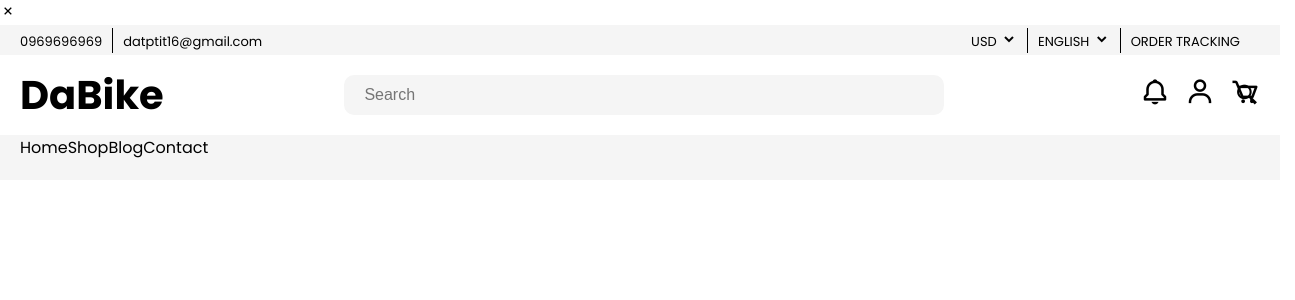
Repository: Datt21/DacMaxx
Page: index.html
The author's editor kept a copy of each file at every save. The page is drawn from the files as they stood at one save, then again after the next save.
The browser window is 1280 px wide. The page is 1295 px wide, so the pictures cover 1295 px, including what lies to the right of the window. The pictures show the whole page.

Above is the page before, as saved 2021-07-05 01:21:36.

After the next save:
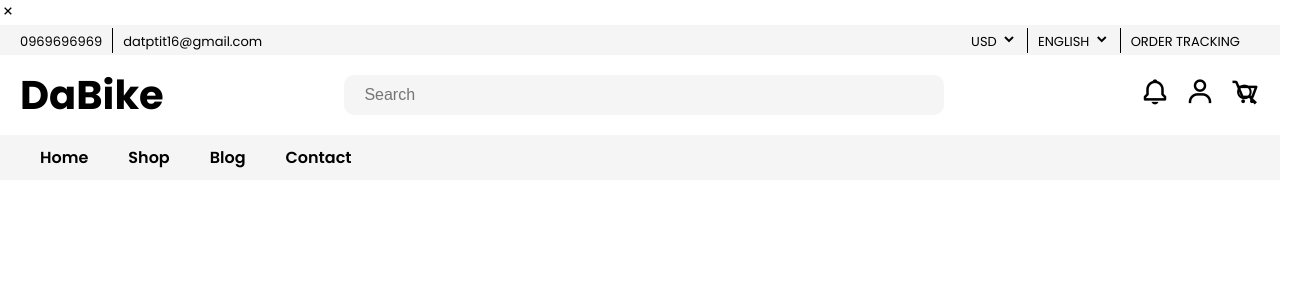
Saved 103 s later.
--- a/css/app.css
+++ b/css/app.css
@@ -195,6 +195,14 @@
     height: var(--bottom-header-size);
 }
 
+.main-menu > li > a {
+    display: flex;
+    align-items: center;
+    margin: 0 20px;
+    font-weight: 600;
+    height: 100%;
+}
+
 .mega-content{
     opacity: 0;
     visibility: visible;
